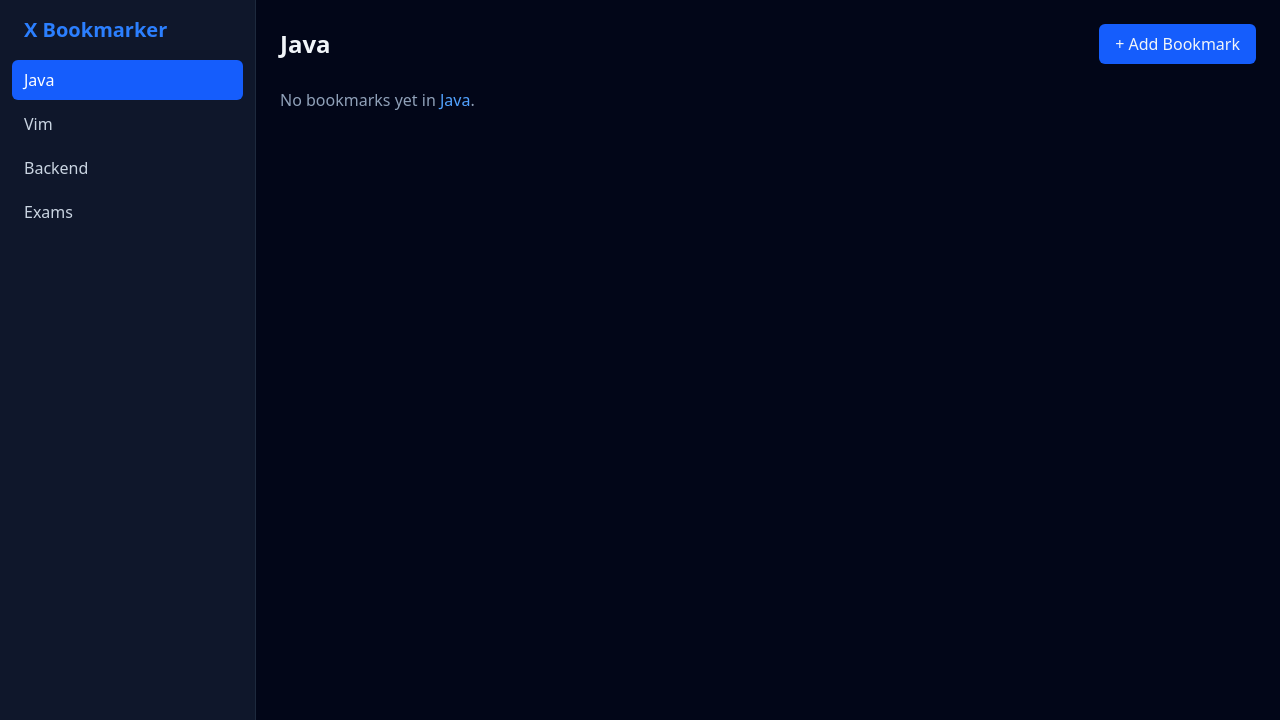
Repository: pgyunknown/pgyXmark
Page: /
These files come from the project's save history. The page is drawn as it stood at one moment and after the next save; the edit follows.
The browser window is 1280 px wide. The pictures show the whole page.
The project was rebuilt for these pictures with package versions that can differ from the ones it lists, and the page was loaded fresh each time. Also part of the build but not shown: vite.config.js.

Above is the page before, as saved 2026-01-12 13:12:10.

After the next save:
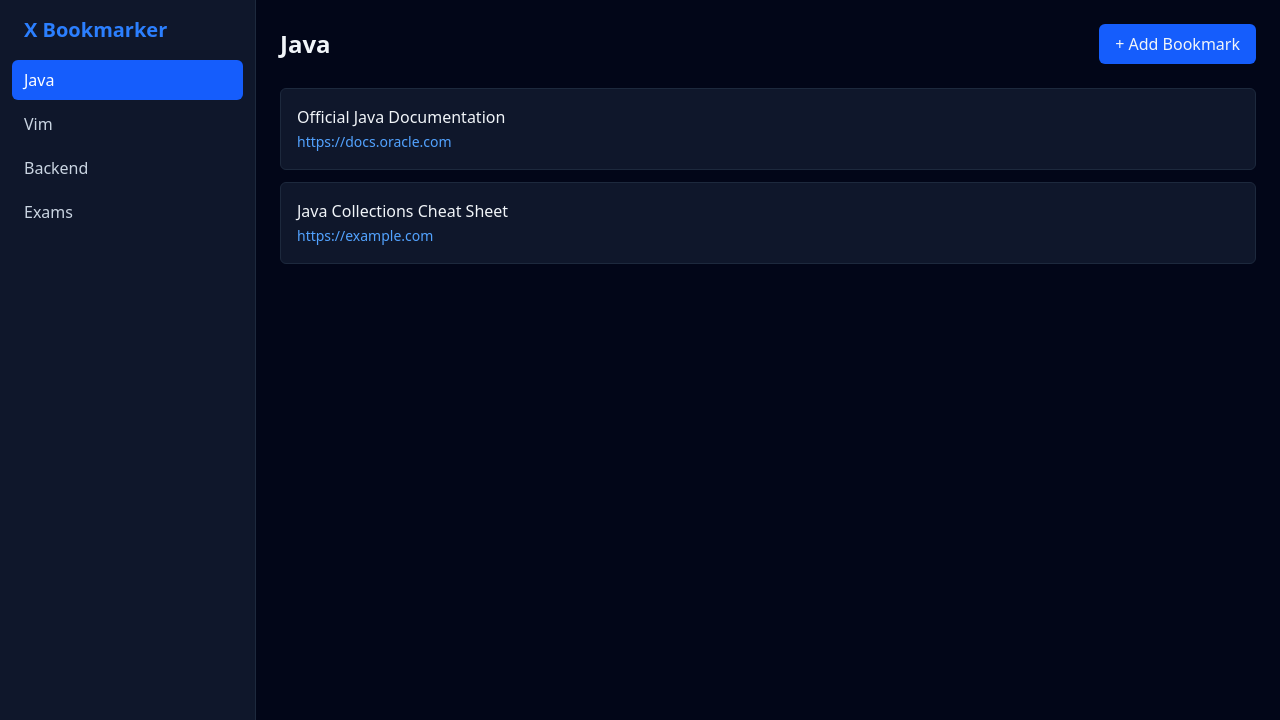
Saved 11 s later.
--- a/src/App.jsx
+++ b/src/App.jsx
@@ -1,5 +1,6 @@
 import { useState } from "react";
 import Sidebar from "./components/Sidebar";
+import BookmarkPanel from "./components/BookmarkPanel";
 
 const categories = ["Java", "Vim", "Backend", "Exams"];
 
@@ -14,20 +15,7 @@ export default function App() {
         onSelectCategory={setActiveCategory}
       />
 
-      <main className="flex-1 p-6 bg-slate-950">
-        <div className="flex justify-between items-center mb-6">
-          <h2 className="text-2xl font-semibold">{activeCategory}</h2>
-
-          <button className="px-4 py-2 rounded-md bg-blue-600 hover:bg-blue-500">
-            + Add Bookmark
-          </button>
-        </div>
-
-        <div className="text-slate-400">
-          No bookmarks yet in{" "}
-          <span className="text-blue-400">{activeCategory}</span>.
-        </div>
-      </main>
+      <BookmarkPanel activeCategory={activeCategory} />
     </div>
   );
 }

After the save that followed:
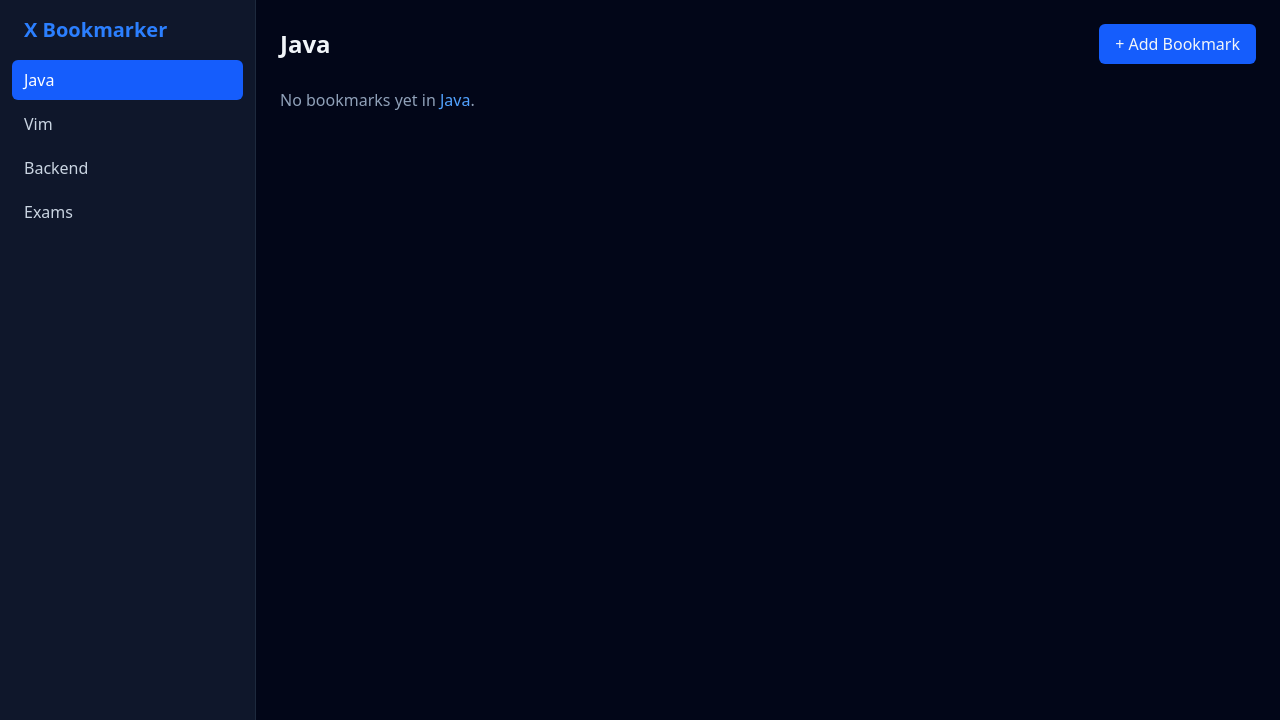
Saved 2 min 14 s later.
--- a/src/components/BookmarkPanel.jsx
+++ b/src/components/BookmarkPanel.jsx
@@ -1,30 +1,114 @@
+import { useState } from "react";
+
 export default function BookmarkPanel({ activeCategory }) {
+  const [showForm, setShowForm] = useState(false);
+  const [bookmarks, setBookmarks] = useState([]);
+  const [title, setTitle] = useState("");
+  const [url, setUrl] = useState("");
+
+  function handleAdd(e) {
+    e.preventDefault();
+
+    if (!url.trim()) return;
+
+    setBookmarks([
+      ...bookmarks,
+      {
+        id: Date.now(),
+        title: title || url,
+        url,
+        category: activeCategory,
+      },
+    ]);
+
+    setTitle("");
+    setUrl("");
+    setShowForm(false);
+  }
+
+  const filtered = bookmarks.filter((b) => b.category === activeCategory);
+
   return (
     <main className="flex-1 p-6 bg-slate-950">
       {/* Header */}
       <div className="flex justify-between items-center mb-6">
         <h2 className="text-2xl font-semibold">{activeCategory}</h2>
 
-        <button className="px-4 py-2 rounded-md bg-blue-600 hover:bg-blue-500">
+        <button
+          onClick={() => setShowForm(!showForm)}
+          className="px-4 py-2 rounded-md bg-blue-600 hover:bg-blue-500"
+        >
           + Add Bookmark
         </button>
       </div>
 
-      {/* Bookmark List (mock) */}
+      {/* Inline Add Form */}
+      {showForm && (
+        <form
+          onSubmit={handleAdd}
+          className="mb-6 p-4 bg-slate-900 border border-slate-800 rounded-md space-y-3"
+        >
+          <input
+            type="text"
+            placeholder="Title (optional)"
+            value={title}
+            onChange={(e) => setTitle(e.target.value)}
+            className="w-full px-3 py-2 rounded bg-slate-800 text-slate-100 outline-none focus:ring-2 focus:ring-blue-500"
+          />
+
+          <input
+            type="url"
+            placeholder="https://example.com"
+            value={url}
+            onChange={(e) => setUrl(e.target.value)}
+            required
+            className="w-full px-3 py-2 rounded bg-slate-800 text-slate-100 outline-none focus:ring-2 focus:ring-blue-500"
+          />
+
+          <div className="flex gap-3">
+            <button
+              type="submit"
+              className="px-4 py-2 bg-blue-600 rounded hover:bg-blue-500"
+            >
+              Save
+            </button>
+
+            <button
+              type="button"
+              onClick={() => setShowForm(false)}
+              className="px-4 py-2 bg-slate-700 rounded hover:bg-slate-600"
+            >
+              Cancel
+            </button>
+          </div>
+        </form>
+      )}
+
+      {/* Bookmark List */}
       <div className="space-y-3">
-        <div className="p-4 bg-slate-900 rounded-md border border-slate-800">
-          <p className="font-medium">Official Java Documentation</p>
-          <a href="#" className="text-sm text-blue-400 hover:underline">
-            https://docs.oracle.com
-          </a>
-        </div>
-
-        <div className="p-4 bg-slate-900 rounded-md border border-slate-800">
-          <p className="font-medium">Java Collections Cheat Sheet</p>
-          <a href="#" className="text-sm text-blue-400 hover:underline">
-            https://example.com
-          </a>
-        </div>
+        {filtered.length === 0 ? (
+          <p className="text-slate-400">
+            No bookmarks yet in{" "}
+            <span className="text-blue-400">{activeCategory}</span>.
+          </p>
+        ) : (
+          filtered.map((b) => (
+            <div
+              key={b.id}
+              className="p-4 bg-slate-900 rounded-md border border-slate-800"
+            >
+              <p className="font-medium">{b.title}</p>
+              <a
+                href={b.url}
+                target="_blank"
+                rel="noreferrer"
+                className="text-sm text-blue-400 hover:underline"
+              >
+                {b.url}
+              </a>
+            </div>
+          ))
+        )}
       </div>
     </main>
   );
